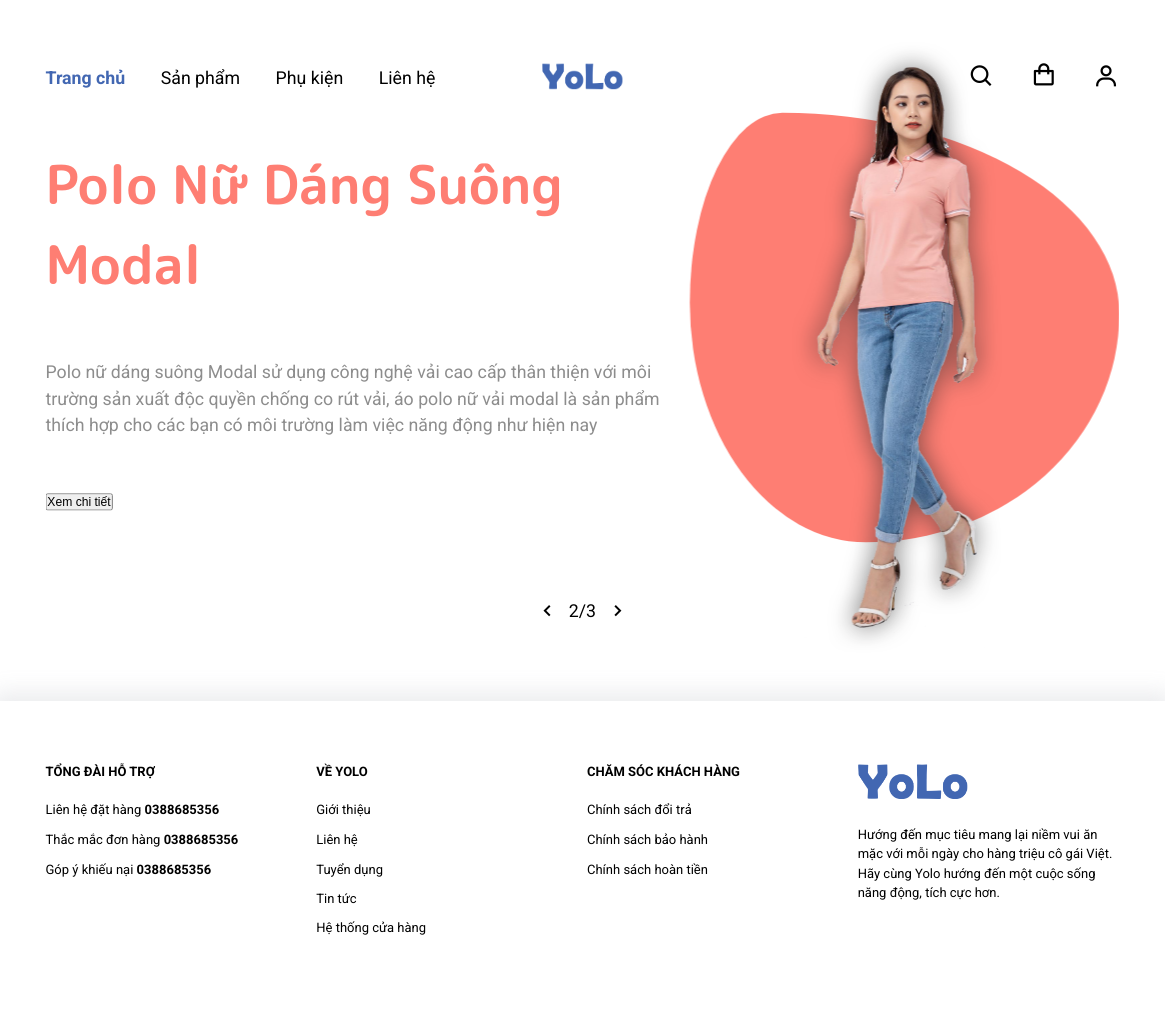
Repository: NguyenThanhBinh1210/Binh-React
Page: / (app in yoloshop/)
These files come from the project's save history. The page is drawn as it stood at one moment and after the next save; the edit follows.
The browser window is 1280 px wide. The pictures show the whole page, at 91% of full size.
The project was rebuilt for these pictures with package versions that can differ from the ones it lists, and the page was loaded fresh each time. A package was used in the major version that the imports need, not the one package.json lists. Also part of the build but not shown: yoloshop/src/pages/Product.jsx, yoloshop/src/pages/Catalog.jsx, yoloshop/src/pages/Cart.jsx, yoloshop/src/pages/Accessory.jsx, yoloshop/src/pages/Contact.jsx.

Above is the page before, as saved 2021-11-25 16:11:10.

### yoloshop/src/index.js
import React from 'react'
import ReactDOM from 'react-dom'
import Layout from './components/Layout'
import reportWebVitals from './reportWebVitals'
import './assets/boxicons-2.0.7/css/boxicons.min.css'
import './sass/index.scss'

ReactDOM.render(
	<React.StrictMode>
		<Layout />
	</React.StrictMode>,
	document.getElementById('root')
)

// If you want to start measuring performance in your app, pass a function
// to log results (for example: reportWebVitals(console.log))
// or send to an analytics endpoint. Learn more: https://bit.ly/CRA-vitals
reportWebVitals()

### yoloshop/src/components/Layout.jsx
import React from 'react'
import { BrowserRouter, Route } from 'react-router-dom'
import Header from './Header'
import Footer from './Footer'
import Routess from '../routes/Routess'

export default function Layout() {
	return (
		<BrowserRouter>
			<Route
				render={props => (
					<div>
						<Header {...props} />
						<div className="container">
							<div className="main">
								<Routess />
							</div>
						</div>
						<Footer />
					</div>
				)}
			/>
		</BrowserRouter>
	)
}

### yoloshop/src/sass/index.scss
@import './variables';
@import './mixins';
@import './base.scss';

@import './components/header';
@import './components/footer';
@import './components/hero-slider.scss';

### yoloshop/src/components/Header.jsx
import React, { useEffect, useRef } from 'react'
import logo from '../assets/images/Logo-2.png'
import { Link, useLocation } from 'react-router-dom'

const mainNav = [
	{
		display: 'Trang chủ',
		path: '/'
	},
	{
		display: 'Sản phẩm',
		path: '/catalog'
	},
	{
		display: 'Phụ kiện',
		path: '/accessories'
	},
	{
		display: 'Liên hệ',
		path: '/contact'
	}
]
export default function Header() {
	const { pathname } = useLocation()
	const activeNav = mainNav.findIndex(e => e.path === pathname)
	const headerRef = React.useRef(null)

	useEffect(() => {
		window.addEventListener('scroll', () => {
			if (
				document.body.scrollTop > 80 ||
				document.documentElement.scrollTop > 80
			) {
				headerRef.current.classList.add('shrink')
			} else {
				headerRef.current.classList.remove('shrink')
			}
		})
		return () => {
			window.removeEventListener('scroll')
		}
	}, [])

	const menuLeft = useRef(null)

	const menuToggle = () => menuLeft.current.classList.toggle('active')

	return (
		<div className="header" ref={headerRef}>
			<div className="container">
				<div className="header__logo">
					<Link to="/">
						<img src={logo} alt="logo" />
					</Link>
				</div>
				<div className="header__menu">
					<div className="header__menu__mobile-toggle" onClick={menuToggle}>
						<i class="bx bx-menu-alt-left"></i>
					</div>
					<div className="header__menu__left" ref={menuLeft}>
						<div className="header__menu__left__close" onClick={menuToggle}>
							<i class="bx bx-chevron-left"></i>
						</div>
						{mainNav.map((item, index) => (
							<div
								key={index}
								className={`header__menu__item  header__menu__left__item ${
									index === activeNav ? 'active' : ''
								}`}
								onClick={menuToggle}
							>
								<Link to={item.path}>
									<span>{item.display}</span>
								</Link>
							</div>
						))}
					</div>
					<div className="header__menu__right">
						<div className="header__menu__item header__menu__right__item">
							<i class="bx bx-search"></i>
						</div>
						<div className="header__menu__item header__menu__right__item">
							<Link to="/cart">
								<i class="bx bx-shopping-bag"></i>
							</Link>
						</div>
						<div className="header__menu__item header__menu__right__item">
							<i class="bx bx-user"></i>
						</div>
					</div>
				</div>
			</div>
		</div>
	)
}

### yoloshop/src/components/Footer.jsx
import React from 'react'
import { Link } from 'react-router-dom'
import Grid from './Grid'
import logo from '../assets/images/Logo-2.png'

const footerAboutLinks = [
	{
		display: 'Giới thiệu',
		path: '/about'
	},
	{
		display: 'Liên hệ',
		path: '/contact'
	},
	{
		display: 'Tuyển dụng',
		path: '/about'
	},
	{
		display: 'Tin tức',
		path: '/about'
	},
	{
		display: 'Hệ thống cửa hàng',
		path: '/about'
	}
]

const footerCustomLinks = [
	{
		display: 'Chính sách đổi trả',
		path: '/about'
	},

	{
		display: 'Chính sách bảo hành',
		path: '/about'
	},

	{
		display: 'Chính sách hoàn tiền',
		path: '/about'
	}
]

export default function Footer() {
	return (
		<footer className="footer">
			<div className="container">
				<Grid col={4} mdCol={2} smCol={1} gap={10}>
					<div>
						<div className="footer__title">Tổng đài hỗ trợ</div>
						<div className="footer__content">
							<p>
								Liên hệ đặt hàng <strong> 0388685356</strong>
							</p>
							<p>
								Thắc mắc đơn hàng <strong> 0388685356</strong>
							</p>
							<p>
								Góp ý khiếu nại <strong> 0388685356</strong>
							</p>
						</div>
					</div>
					<div>
						<div className="footer__title">Về Yolo</div>
						<div className="footer__content">
							{footerAboutLinks.map((item, i) => (
								<p key={i} className="">
									<Link to={item.path}>{item.display}</Link>
								</p>
							))}
						</div>
					</div>
					<div>
						<div className="footer__title">Chăm sóc khách hàng</div>
						<div className="footer__content">
							{footerCustomLinks.map((item, i) => (
								<p key={i} className="">
									<Link to={item.path}>{item.display}</Link>
								</p>
							))}
						</div>
					</div>
					<div className="footer__about">
						<p>
							<Link to="/">
								<img src={logo} className="footer__logo" alt="logo" />
							</Link>
						</p>
						<p>
							Hướng đến mục tiêu mang lại niềm vui ăn mặc với mỗi ngày cho hàng
							triệu cô gái Việt. Hãy cùng Yolo hướng đến một cuộc sống năng
							động, tích cực hơn.
						</p>
					</div>
				</Grid>
			</div>
		</footer>
	)
}

### yoloshop/src/routes/Routess.jsx
import React from 'react'
import { Switch, Route } from 'react-router-dom'
import Home from '../pages/Home'
import Product from '../pages/Product'
import Catalog from '../pages/Catalog'
import Cart from '../pages/Cart'
import Accessory from '../pages/Accessory'
import Contact from '../pages/Contact'

const Routess = () => {
	return (
		<Switch>
			<Route path="/" exact component={Home}></Route>
			<Route path="/catalog/:slug" component={Product}></Route>
			<Route path="/catalog" component={Catalog}></Route>
			<Route path="/cart" component={Cart}></Route>
			<Route path="/accessories" component={Accessory}></Route>
			<Route path="/contact" component={Contact}></Route>
		</Switch>
	)
}

export default Routess

### yoloshop/src/sass/_variables.scss
$main-bg: #fff;
$main-color: #4267b2;

$txt-main-color: #000000;
$txt-second-color: #8d8d8d;
$txt-white: #fff;

$btn-main-bg: $main-color;
$btn-main-color: #fff;

$header-height: 170px;
$header-tablet-height: 70px;
$header-mobile-height: 40px;
$header-shrink-height: 70px;

$box-shadow: rgba(149, 157, 165, 0.2) 0px 0px 24px 8px;

$colors: (
	'blue': #4267b2,
	'orange': #fbb96b,
	'pink': #fe7e73,
	'white': #fff,
	'black': #000,
	'main': $main-color
);

$mobile-width: 600px;
$tablet-width: 1024px;

$numbers: (0, 1, 2, 3, 4, 5, 6, 7, 8);

### yoloshop/src/sass/_mixins.scss
@mixin flex($align-item, $justify-content) {
	display: flex;
	align-items: $align-item;
	justify-content: $justify-content;
}

@mixin mobile {
	@media only screen and (max-width: $mobile-width) {
		@content;
	}
}
@mixin tablet {
	@media only screen and (max-width: $tablet-width) {
		@content;
	}
}

### yoloshop/src/sass/_base.scss
@import url('https://fonts.googleapis.com/css2?family=Roboto:ital,wght@0,100;0,300;0,400;0,500;0,700;0,900;1,100;1,300;1,400;1,500;1,700;1,900&display=swap');

@import url('https://fonts.googleapis.com/css2?family=M+PLUS+Rounded+1c:wght@100;300;400;500;700;800;900&display=swap');

* {
	padding: 0;
	margin: 0;
	box-sizing: border-box;
	-webkit-tap-highlight-color: transparent;
	user-select: none;
}

html {
	font-size: 13px;
}

body {
	font-family: 'Roboto', sans-serif;
}

ul {
	list-style-type: none;
}

a {
	text-decoration: none;
	color: unset;
}

@each $color, $val in $colors {
	.color-#{$color} {
		color: $val;
	}

	.bg-#{$color} {
		background-color: $val;
	}
}

@each $val in $numbers {
	.grid-col-#{$val} {
		grid-template-columns: repeat($val, 1fr);
	}
}

@each $val in $numbers {
	.grid-col-md-#{$val} {
		@include tablet {
			grid-template-columns: repeat($val, 1fr);
		}
	}
}

@each $val in $numbers {
	.grid-col-sm-#{$val} {
		@include mobile {
			grid-template-columns: repeat($val, 1fr);
		}
	}
}

.container {
	width: 100%;
	max-width: 1620px;
	padding: 0 50px;
	margin: auto;

	@include tablet {
		padding: 0 20px;
	}

	@include mobile {
		padding: 0 10px;
	}
}

.main {
	margin-top: $header-height;
	margin-bottom: 2rem;
	min-height: 100vh;

	@include tablet {
		margin-top: calc(#{$header-tablet-height} + 20px);
	}
	@include mobile {
		margin-top: calc(#{$header-mobile-height} + 10px);
	}
}

.grid {
	display: grid;
}

### yoloshop/src/sass/components/_header.scss
.header {
	background-color: $main-bg;
	position: fixed;
	top: 0;
	left: 0;
	width: 100%;
	z-index: 99;
	height: $header-height;
	transition: height 0.3s ease;

	@include tablet {
		height: $header-tablet-height;
		box-shadow: $box-shadow;
	}
	@include mobile {
		height: $header-mobile-height;
	}

	.container {
		height: 100%;
	}

	&.shrink {
		height: $header-shrink-height;
		box-shadow: $box-shadow;
		z-index: 10001;
	}

	&__logo {
		@include flex(center, center);
		position: absolute;
		inset: 0;
		pointer-events: none;

		img {
			height: 28px;
		}
	}

	&__menu {
		@include flex(center, space-between);
		height: 100%;
		font-size: 1.5rem;

		&__item ~ &__item {
			margin-left: 39px;
			@include tablet {
				margin-left: 20px;
			}
			@include mobile {
				margin-left: 10px;
			}
		}
		&__item.active {
			font-weight: 600;
			color: $main-color;
		}
		&__item:hover {
			color: $main-color;
		}
		&__left,
		&__right {
			@include flex(center, center);
			height: 100%;
		}

		&__right {
			font-size: 2.25rem;
			&__item {
				@include flex(center, center);
			}
			@include mobile {
				font-size: 1.5rem;
			}
		}

		&__left {
			&__close {
				display: none;
			}

			@include tablet {
				flex-direction: column;
				background-color: $main-bg;
				position: absolute;
				left: 0;
				top: 0;
				width: 100%;
				height: 100vh;
				justify-content: flex-start;
				padding-top: 30px;
				transform: translateX(-100%);
				transition: transform 0.5s ease;

				&.active {
					transform: translateX(0);
				}

				&__item ~ &__item {
					margin-left: unset;
					margin-top: 20px;
				}
				&__close {
					display: block;
					position: absolute;
					left: 20px;
					font-size: 2.5rem;
				}
			}
		}
		&__mobile-toggle {
			display: none;

			@include tablet {
				display: block;
				font-size: 2.5rem;
			}
		}
	}
}

### yoloshop/src/sass/components/_footer.scss
.footer {
	padding: 70px 0;
	box-shadow: $box-shadow;
	font-size: 1.1rem;
	a:hover {
		color: $main-color;
	}
	&__logo {
		height: 38px;
	}
	&__about {
		p {
			margin-bottom: 2rem;
		}
		p:not(:first-child) {
			line-height: 1.5;
		}
	}
	&__title {
		text-transform: uppercase;
		margin-bottom: 2rem;
		font-weight: 600;
	}
	&__content {
		p {
			margin-bottom: 1.25rem;
		}
	}
}

### yoloshop/src/sass/components/_hero-slider.scss
.hero-slider {
	height: 100vh;
	max-height: 1080px;
	overflow: hidden;
	position: relative;
	margin-bottom: 50px;
	margin-top: calc(#{$header-height} * -1);
	@include tablet {
		margin-top: calc(#{$header-tablet-height} * -1);
	}
	@include mobile {
		margin-top: calc(#{$header-mobile-height} * -1);
	}
	&__item {
		@include flex(center, space-between);
		opacity: 0;
		visibility: hidden;
		pointer-events: none;
		position: absolute;
		inset: 0;
		&.active {
			opacity: 1;
			visibility: visible;
			pointer-events: visible;
		}
		&__info {
			width: 58.33%;
			&__title,
			&__description {
				margin-bottom: 60px;

				@include tablet {
					margin-bottom: 15px;
				}
			}
			&__title {
				font-family: 'M Plus Rounded 1c', sans-serif;
				font-weight: 600;
				font-size: 4.5rem;
				line-height: 6.75rem;
				overflow: hidden;
			}
			&__description {
				color: $txt-second-color;
				font-size: 1.5rem;
				line-height: 2.25rem;
				overflow: hidden;
			}
			&__btn {
				overflow: hidden;
			}
		}
		&__image {
			flex-grow: 1;
			position: relative;
			height: 100%;
			z-index: 1000;
			pointer-events: none;
			img {
				height: 100vh;
				position: absolute;
				bottom: 0;
				right: 0;
			}
			.shape {
				$size: 472px;
				height: $size;
				width: $size;
				position: absolute;
				right: 0;
				top: 50%;
				border-radius: 30% 70% 70% 30% / 30% 30% 70% 70%;
				transform: translate(0, -50%);
				transition: border-radius 13s ease;
				animation: border 10s infinite forwards;
			}
		}
	}
	&__control {
		@include flex(center, center);
		position: absolute;
		bottom: 5%;
		left: 50%;
		transform: translateX(-50%);

		&__item ~ &__item {
			margin-left: 10px;
		}
		&__item {
			@include flex(center, center);
			font-size: 2rem;
			cursor: pointer;

			&:hover {
				color: $main-color;
			}
			.index {
				font-size: 1.5rem;
			}
		}
	}
}

@keyframes border {
	0% {
		border-radius: 30% 70% 70% 30% / 30% 30% 70% 70%;
	}
	50% {
		border-radius: 20% 80% 59% 41% / 43% 45% 55% 57%;
	}
	100% {
		border-radius: 32% 68% 59% 41% / 53% 59% 41% 47%;
	}
}

### yoloshop/src/components/Grid.jsx
import React from 'react'
import PropTypes from 'prop-types'

const Grid = props => {
	const style = {
		gap: props.gap ? `${props.gap}px` : '0'
	}
	const col = props.col ? `grid-col-${props.col}` : '0'
	const mdCol = props.mdCol ? `grid-col-${props.mdCol}` : '0'
	const smCol = props.smCol ? `grid-col-${props.smCol}` : '0'
	return (
		<div className={`grid ${col} ${mdCol} ${smCol}`} style={style}>
			{props.children}
		</div>
	)
}

Grid.propTypes = {
	col: PropTypes.number.isRequired,
	mdCol: PropTypes.number,
	smCol: PropTypes.number,
	gap: PropTypes.number
}

export default Grid

### yoloshop/src/pages/Home.jsx
import React from 'react'
import heroSliderData from '../assets/fake-data/hero-slider'
import Helmet from '../components/Helmet'
import HeroSlider from '../components/HeroSlider'

const Home = () => {
	return (
		<Helmet title="Trang chủ">
			<HeroSlider
				data={heroSliderData}
				control={true}
				auto={true}
				timeOut={4000}
			/>
		</Helmet>
	)
}

export default Home

### yoloshop/src/assets/fake-data/hero-slider.js
const img1 = require('../images/slider/slide_1.png').default
const img2 = require('../images/slider/slide_2.png').default
const img3 = require('../images/slider/slide_3.png').default

const heroSliderData = [
	{
		title: 'Polo nữ Pima cao cấp',
		description:
			'Nhắc đến sự đẳng cấp là không thể không nhắc đến dòng vải pima. Nó tạo nên chất lượng tốt nhất cho bất kỳ sản phẩm thời trang nào. Sợi vải pima dài và dày hơn sợi cotton thông thường gấp đôi nhờ công nghệ dệt tân tiến. Điều đó làm cho kết cấu áo polo chắc chắn, bền chặt, hạn chế tối đa xù lông, mềm mượt, bền màu, vô cùng đảm bảo sức khoẻ người dùng',
		img: img1,
		color: 'blue',
		path: '/catalog/ao-thun-dinosaur-01'
	},
	{
		title: 'Polo Nữ Dáng Suông Modal',
		description:
			'Polo nữ dáng suông Modal sử dụng công nghệ vải cao cấp thân thiện với môi trường sản xuất độc quyền chống co rút vải, áo polo nữ vải modal là sản phẩm thích hợp cho các bạn có môi trường làm việc năng động như hiện nay',
		img: img2,
		path: '/catalog/ao-thun-dinosaur-02',
		color: 'pink'
	},
	{
		title: 'Polo Nữ Coolmax Lacoste',
		description:
			'Mẫu áo polo nữ được làm bằng chất liệu coolmax đem lại cảm giác mát lạnh khi mặc. Thiết kế mẫu áo polo coolmax này có kiểu dáng cực kỳ thoải mái. Tạo sự gọn gàng hứa hẹn sẽ là mẫu áo polo vô cùng hot trong thời điểm sắp tới',
		img: img3,
		path: '/catalog/ao-thun-dinosaur-03',
		color: 'orange'
	}
]

export default heroSliderData

### yoloshop/src/components/Helmet.jsx
import React from 'react'
import PropTypes from 'prop-types'

const Helmet = props => {
	document.title = 'Yolo - ' + props.title

	return <div>{props.children}</div>
}

Helmet.propTypes = {
	title: PropTypes.string.isRequired
}

export default Helmet

### yoloshop/src/components/HeroSlider.jsx
import React, { useCallback, useEffect, useState } from 'react'
import PropTypes from 'prop-types'
import { Link } from 'react-router-dom'

const HeroSlider = props => {
	const data = props.data
	// const activeSlider = 0
	const [activeSlider, setActiveSlider] = useState(0)

	const nextSlide = useCallback(() => {
		const _index = activeSlider + 1 === data.length - 1 ? 0 : activeSlider + 1
		setActiveSlider(_index)
	}, [activeSlider, data])

	const prevSlide = () => {
		const _index = activeSlider - 1 < 0 ? data.length - 1 : activeSlider - 1
		setActiveSlider(_index)
	}
	const timeOut = props.timeOut ? props.timeOut : 3000

	useEffect(() => {
		if (props.auto) {
			const sliderAuto = setInterval(() => {
				nextSlide()
			}, timeOut)
			return () => {
				clearInterval(sliderAuto)
			}
		}
	}, [nextSlide, timeOut, props])
	return (
		<div className="hero-slider">
			{data.map((item, index) => (
				<HeroSliderItem
					key={index}
					item={item}
					active={index === activeSlider}
				/>
			))}
			{props.control ? (
				<div className="hero-slider__control">
					<div className="hero-slider__control__item" onClick={prevSlide}>
						<i className="bx bx-chevron-left"></i>
					</div>
					<div className="hero-slider__control__item">
						<div className="index">
							{activeSlider + 1}/{data.length}
						</div>
					</div>

					<div className="hero-slider__control__item" onClick={nextSlide}>
						<i className="bx bx-chevron-right"></i>
					</div>
				</div>
			) : null}
		</div>
	)
}

HeroSlider.propTypes = {
	data: PropTypes.array.isRequired,
	control: PropTypes.bool,
	auto: PropTypes.bool,
	timeOut: PropTypes.number
}

const HeroSliderItem = props => (
	<div className={`hero-slider__item ${props.active ? 'active' : ''}`}>
		<div className="hero-slider__item__info">
			<div
				className={`hero-slider__item__info__title color-${props.item.color}`}
			>
				<span> {props.item.title}</span>
			</div>
			<div className="hero-slider__item__info__description">
				<span> {props.item.description}</span>
			</div>
			<div className="hero-slider__item__info__btn">
				<Link to={props.item.path}>
					<button>Xem chi tiết</button>
				</Link>
			</div>
		</div>
		<div className="hero-slider__item__image">
			<div className={`shape bg-${props.item.color}`}></div>
			<img src={props.item.img} alt={props.item.title} />
		</div>
	</div>
)

export default HeroSlider

Loaded but not shown: yoloshop/public/index.html (common file); yoloshop/src/reportWebVitals.js (common file); yoloshop/src/assets/boxicons-2.0.7/css/boxicons.min.css (library)

After the next save:
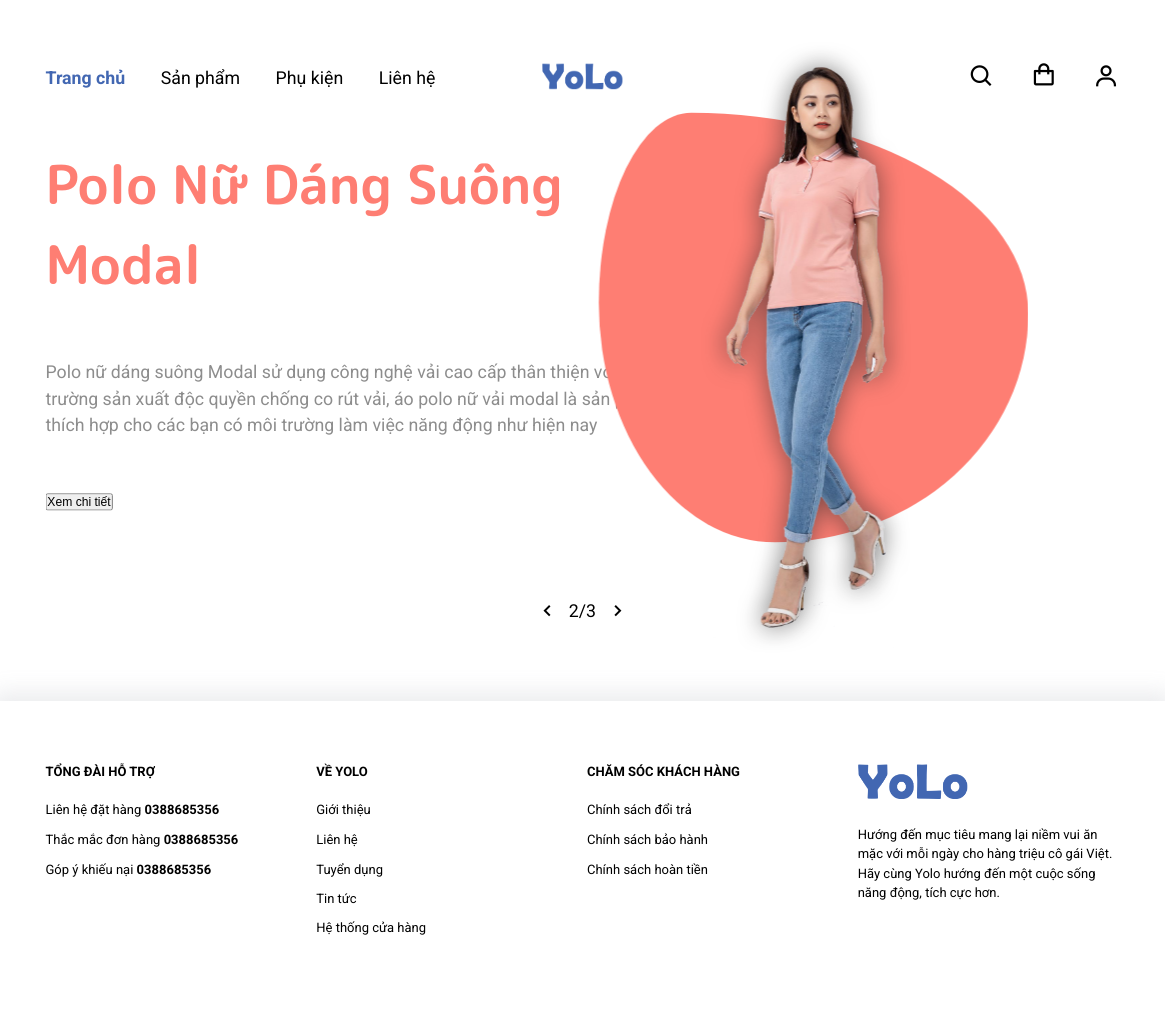
Saved 19 s later.
--- a/yoloshop/src/sass/components/_hero-slider.scss
+++ b/yoloshop/src/sass/components/_hero-slider.scss
@@ -56,6 +56,7 @@
 			height: 100%;
 			z-index: 1000;
 			pointer-events: none;
+			margin-right: 100px;
 			img {
 				height: 100vh;
 				position: absolute;

After the save that followed:
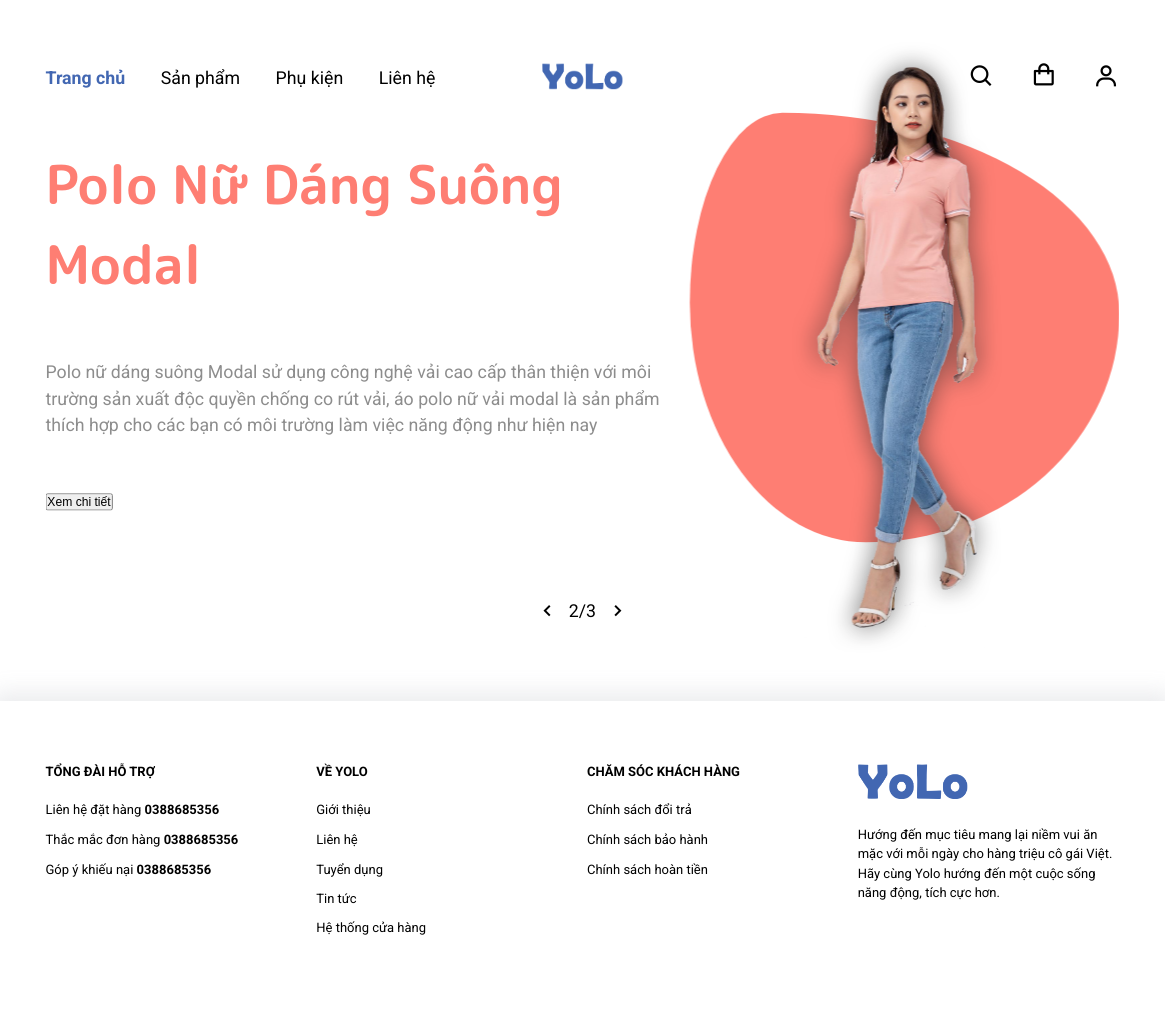
Saved 11 s later.
--- a/yoloshop/src/sass/components/_hero-slider.scss
+++ b/yoloshop/src/sass/components/_hero-slider.scss
@@ -56,7 +56,6 @@
 			height: 100%;
 			z-index: 1000;
 			pointer-events: none;
-			margin-right: 100px;
 			img {
 				height: 100vh;
 				position: absolute;
